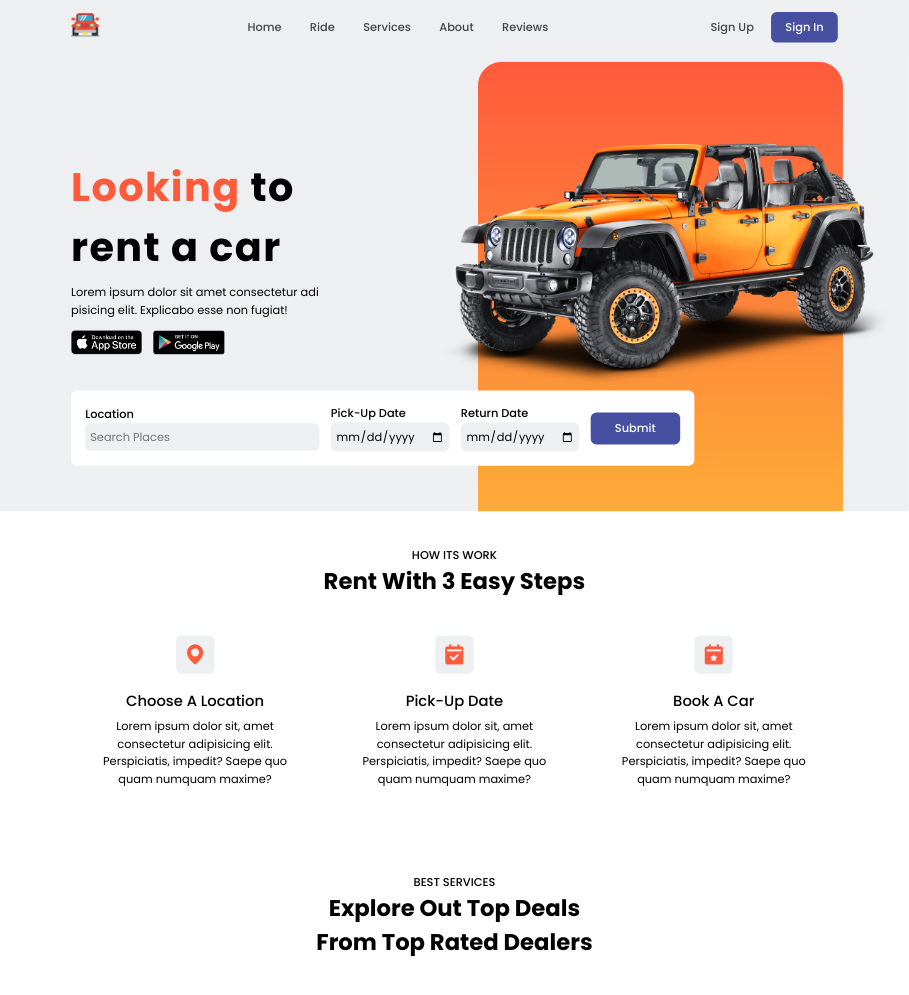
Repository: douglasabnovato/car-rental
Page: index.html
These files come from the project's save history. The page is drawn as it stood at one moment and after the next save; the edit follows.
The browser window is 1280 px wide. The pictures show the whole page, at 71% of full size.

Above is the page before, as saved 2025-05-16 14:58:57.

### index.html
<!DOCTYPE html>
<html lang="en">
  <head>
    <meta charset="UTF-8" />
    <meta name="viewport" content="width=device-width, initial-scale=1.0" />
    <title>Car Rental</title>
    <link
      rel="stylesheet"
      href="https://cdn.jsdelivr.net/npm/boxicons@latest/css/boxicons.min.css"
    />
    <link rel="stylesheet" href="./style.css" />
  </head>
  <body>
    <!-- Header -->
    <header>
      <a href="#" class="logo"
        ><img src="./assets/jeep.png" alt="logo da car rental" srcset=""
      /></a>
      <div class="bx bx-menu" id="menu-icon"></div>
      <ul class="navbar">
        <li><a href="#home">Home</a></li>
        <li><a href="#ride">Ride</a></li>
        <li><a href="#services">Services</a></li>
        <li><a href="#about">About</a></li>
        <li><a href="#reviews">Reviews</a></li>
      </ul>
      <div class="header-btn">
        <a href="#" class="sign-up">Sign Up</a>
        <a href="#" class="sign-in">Sign In</a>
      </div>
    </header>

    <!-- Home -->
    <section class="home" id="home">
      <div class="text">
        <h1>
          <span>Looking</span> to <br />
          rent a car
        </h1>
        <p>
          Lorem ipsum dolor sit amet consectetur adi <br />
          pisicing elit. Explicabo esse non fugiat!
        </p>
        <div class="app-stores">
          <img src="./assets/ios.png" alt="" />
          <img src="./assets/play.png" alt="" />
        </div>
      </div>
      <div class="form-container">
        <form action="">
          <div class="input-box">
            <span>Location</span>
            <input type="search" name="" id="" placeholder="Search Places" />
          </div>
          <div class="input-box">
            <span>Pick-Up Date</span>
            <input type="date" name="" id="" />
          </div>
          <div class="input-box">
            <span>Return Date</span>
            <input type="date" name="" id="" />
          </div>
          <input type="submit" name="" id="" class="btn" />
        </form>
      </div>
    </section>

    <!-- Ride -->
    <section class="ride" id="ride">
      <div class="heading">
        <span>How Its Work</span>
        <h1>Rent With 3 Easy Steps</h1>
      </div>
      <div class="ride-container">
        <div class="box">
          <i class="bx bxs-map"></i>
          <h2>Choose A Location</h2>
          <p>
            Lorem ipsum dolor sit, amet consectetur adipisicing elit.
            Perspiciatis, impedit? Saepe quo quam numquam maxime?
          </p>
        </div>
        <div class="box">
          <i class="bx bxs-calendar-check"></i>
          <h2>Pick-Up Date</h2>
          <p>
            Lorem ipsum dolor sit, amet consectetur adipisicing elit.
            Perspiciatis, impedit? Saepe quo quam numquam maxime?
          </p>
        </div>
        <div class="box">
          <i class="bx bxs-calendar-star"></i>
          <h2>Book A Car</h2>
          <p>
            Lorem ipsum dolor sit, amet consectetur adipisicing elit.
            Perspiciatis, impedit? Saepe quo quam numquam maxime?
          </p>
        </div>
      </div>
    </section>

    <!-- Services -->
    <section class="services" id="services">
      <div class="heading">
        <span>Best Services</span>
        <h1>
          Explore Out Top Deals <br />
          From Top Rated Dealers
        </h1>
      </div>
    </section>

    <!-- Link to JS -->
    <script src="./script.js"></script>
  </body>
</html>

### style.css
@import url("https://fonts.googleapis.com/css2?family=Noto+Sans:ital,wght@0,100..900;1,100..900&family=Poppins:ital,wght@0,100;0,200;0,300;0,400;0,500;0,600;0,700;0,800;0,900;1,100;1,200;1,300;1,400;1,500;1,600;1,700;1,800;1,900&display=swap");

* {
  margin: 0;
  padding: 0;
  box-sizing: border-box;
  scroll-padding-top: 2rem;
  scroll-behavior: smooth;
  list-style: none;
  text-decoration: none;
  font-family: "Poppins", sans-serif;
}

:root {
  --main-color: #fe5b3d;
  --second-color: #ffac38;
  --text-color: #444;
  --gradient: linear-gradient(#fe5b3d, #ffac38);
}

html::-webkit-scrollbar {
  width: 0.5rem;
}

html::-webkit-scrollbar-track {
  background: transparent;
}

html::-webkit-scrollbar-thumb {
  background: var(--main-color);
  border-radius: 5rem;
}

section {
  padding: 50px 100px;
}

/* Header */

header {
  position: fixed;
  width: 100%;
  top: 0;
  right: 0;
  z-index: 1000;
  display: flex;
  align-items: center;
  justify-content: space-between;
  background: #eeeff1;
  padding: 15px 100px;
}

.logo img {
  width: 40px;
}

.navbar {
  display: flex;
}

.navbar li {
  position: relative;
}

.navbar a {
  font-size: 1rem;
  padding: 10px 20px;
  color: var(--text-color);
  font-weight: 500;
}

.navbar a:after {
  content: "";
  width: 0;
  height: 3px;
  background: var(--gradient);
  position: absolute;
  bottom: -4px;
  left: 0;
  transition: 0.5s;
}

.navbar a:hover::after {
  width: 100%;
}

#menu-icon {
  font-size: 24px;
  cursor: pointer;
  z-index: 10001;
  display: none;
}

.header-btn a {
  padding: 10px 20px;
  color: var(--text-color);
  font-weight: 500;
}

.header-btn .sign-in {
  background: #474fa0;
  color: #fff;
  border-radius: 0.5rem;
}

.header-btn .sign-in:hover {
  background: var(--main-color);
}

/* Home */
.home {
  width: 100%;
  min-height: 100vh;
  position: relative;
  background: url(./assets/Car\ Website\ –\ 1@2x.png);
  background-repeat: no-repeat;
  background-position: center right;
  background-size: cover;
  display: grid;
  align-items: center;
  grid-template-columns: repeat(2, 1fr);
}

.text h1 {
  font-size: 3.5rem;
  letter-spacing: 2px;
}

.text span {
  color: var(--main-color);
}

.text p {
  margin: 0.5rem 0 1rem;
}

.app-stores {
  display: flex;
}

.app-stores img {
  width: 100px;
  margin-right: 1rem;
  cursor: pointer;
}

.form-container form {
  display: flex;
  flex-wrap: wrap;
  align-items: center;
  gap: 1rem;
  position: absolute;
  bottom: 4rem;
  left: 100px;
  background: #fff;
  padding: 20px;
  border-radius: 0.5rem;
}

.input-box {
  flex: 1 1 7rem;
  display: flex;
  flex-direction: column;
}

.input-box span {
  font-weight: 500;
}

.input-box input {
  padding: 7px;
  outline: none;
  border: none;
  background: #eeeff1;
  border-radius: 0.5rem;
  font-size: 1rem;
}

.form-container form .btn {
  flex: 1 1 7rem;
  padding: 10px 34px;
  border: none;
  border-radius: 0.5rem;
  background: #474fa0;
  color: #fff;
  font-size: 1rem;
  font-weight: 500;
}

.form-container form .btn:hover {
  background: var(--main-color);
  cursor: pointer;
}

/* Ride */
.heading {
  text-align: center;
}

.heading span {
  font-weight: 500;
  text-transform: uppercase;
}

.heading h1 {
  font-size: 2rem;
}

.ride-container {
  display: grid;
  align-items: center;
  grid-template-columns: repeat(auto-fit, minmax(250px, auto));
  gap: 1rem;
  margin-top: 2rem;
}

.ride-container .box {
  text-align: center;
  padding: 20px;
}

.ride-container .box .bx {
  font-size: 34px;
  padding: 10px;
  background: #eeeff1;
  border-radius: 0.5rem;
  color: var(--main-color);
}

.ride-container .box h2 {
  font-size: 1.3rem;
  font-weight: 500;
  margin: 1.4rem 0 0.5rem;
}

.ride-container .box .bx:hover,
.ride-container .box .bx .bxs-calendar-star {
  background: var(--gradient);
  color: #fff;
}

/* Services */

Loaded but not shown: script.js (no stored copy; drawn as an empty file)

After the next save:
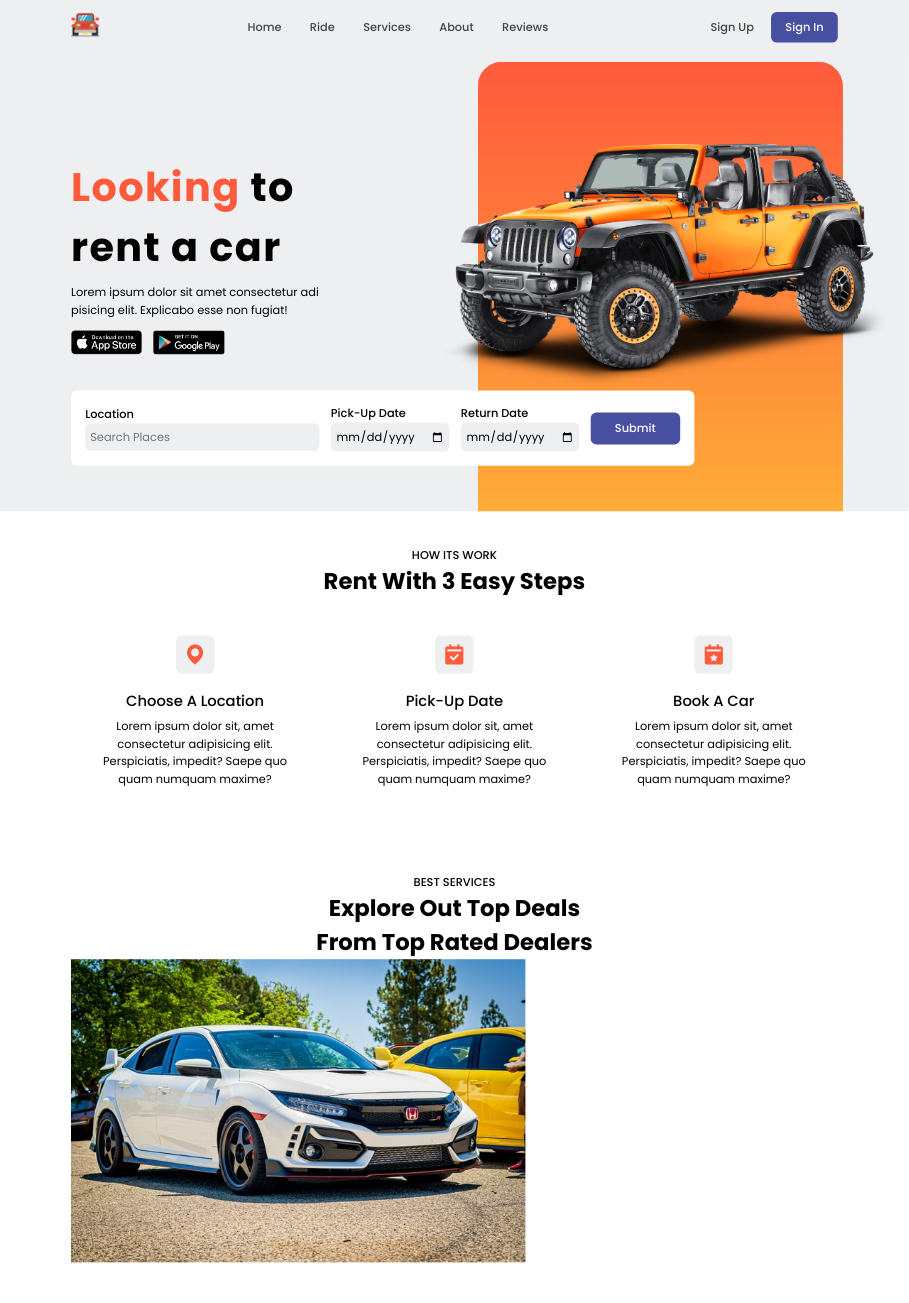
Saved 2 min 43 s later.
--- a/index.html
+++ b/index.html
@@ -108,6 +108,14 @@
           From Top Rated Dealers
         </h1>
       </div>
+      <div class="services-container">
+        <div class="box">
+          <div class="box-img">
+            <img src="./assets/car1.jpg" alt="">
+          </div>
+        </div>
+      </div>
+
     </section>
 
     <!-- Link to JS -->
